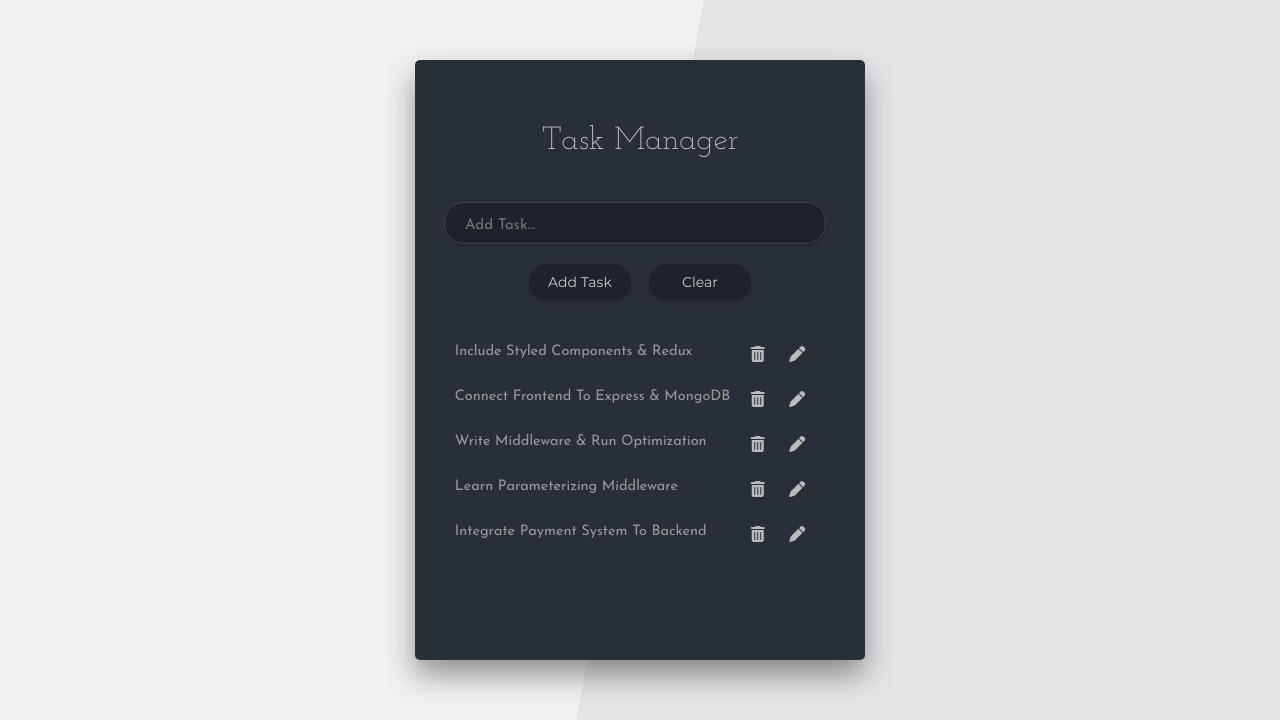
Repository: Kol124/react-task-manager
Page: /
An editor plug-in stored every save of this project. The page is shown before and after the next save, followed by the edit.
The browser window is 1280 px wide. The pictures show the whole page.
Some web libraries are served in a nearby version. The project was rebuilt for these pictures with package versions that can differ from the ones it lists, and the page was loaded fresh each time.

Above is the page before, as saved 2021-06-22 18:38:32.

### public/index.html
<!DOCTYPE html>
<html lang="en">
  <head>
    <meta charset="utf-8" />
    <link rel="icon" href="%PUBLIC_URL%/favicon.ico" />
    <meta name="viewport" content="width=device-width, initial-scale=1" />
    <meta name="theme-color" content="#000000" />
    <meta
      name="description"
      content="Web site created using create-react-app"
    />
    <link rel="apple-touch-icon" href="%PUBLIC_URL%/logo192.png" />
    <!--
      manifest.json provides metadata used when your web app is installed on a
      user's mobile device or desktop. See https://developers.google.com/web/fundamentals/web-app-manifest/
    -->
    <link rel="manifest" href="%PUBLIC_URL%/manifest.json" />
    <!--
      Notice the use of %PUBLIC_URL% in the tags above.
      It will be replaced with the URL of the `public` folder during the build.
      Only files inside the `public` folder can be referenced from the HTML.

      Unlike "/favicon.ico" or "favicon.ico", "%PUBLIC_URL%/favicon.ico" will
      work correctly both with client-side routing and a non-root public URL.
      Learn how to configure a non-root public URL by running `npm run build`.
    -->
    <title>React App</title>
  </head>
  <body>
    <noscript>You need to enable JavaScript to run this app.</noscript>
    <div id="root"></div>
    <!--
      This HTML file is a template.
      If you open it directly in the browser, you will see an empty page.

      You can add webfonts, meta tags, or analytics to this file.
      The build step will place the bundled scripts into the <body> tag.

      To begin the development, run `npm start` or `yarn start`.
      To create a production bundle, use `npm run build` or `yarn build`.
    -->
  </body>
  <script
    src="https://kit.fontawesome.com/0a37ebcd2b.js"
    crossorigin="anonymous"
  ></script>
</html>

### src/App.js
import "./App.css";
import React from "react";
import Header from "./components/Header";
import TaskForm from "./components/TaskForm";
import TaskList from "./components/TaskList";
import TaskContextProvider from "./context/TaskContext";

function App() {
  return (
    <TaskContextProvider>
      <div className="container">
        <div className="app-wrapper">
          <Header />
          <div className="main">
            <TaskForm />
            <TaskList />
          </div>
        </div>
      </div>
    </TaskContextProvider>
  );
}

export default App;

### src/App.css
@import url("fonts.css");

* {
  margin: 0;
  padding: 0;
}

.container {
  background: linear-gradient(100deg, #f1f1f1 50%, #e5e5e5 0);
  width: 100%;
  height: 100vh;
  display: flex;
  justify-content: center;
  align-items: center;
}

.app-wrapper {
  background-color: #292f38;
  width: 25%;
  min-width: 450px;
  height: 600px;
  padding: 30px;
  box-sizing: border-box;
  border-radius: 5px;
  box-shadow: 0 15px 30px rgba(0, 0, 0, 0.4);
}

.header h1 {
  color: #ccc;
  font-weight: 300;
  text-align: center;
  margin: 35px 20px 45px 20px;
  font-family: "Josefin Slab", serif;
}

.main {
  display: flex;
  flex-direction: column;
  align-items: space-between;
  margin-bottom: 50px;
  width: 100%;
}

.form {
  display: flex;
  flex-direction: column;
  justify-content: center;
  align-items: center;
  margin-bottom: 15px;
}

.list {
  width: 95%;
  margin: auto;
  max-height: 300px;
  overflow: hidden;
  overflow-y: auto;
}

/* width */
::-webkit-scrollbar {
  width: 7px;
}

/* Track */
::-webkit-scrollbar-track {
  border-radius: 10px;
  background-color: #aaa;
}

/* Handle */
::-webkit-scrollbar-thumb {
  background: #444;
  border-radius: 10px;
}

.task-input {
  width: 350px;
  min-width: 250px;
  padding: 15px 10px 10px 20px;
  margin: 0 10px 10px 0;
  font-family: "Josefin Sans", serif;
  font-size: 15px;
  color: #ccc;
  background-color: #1d222b;
  border: 1px solid #444;
  outline: none;
  border-radius: 20px;
  box-shadow: 0 1px 2px rgba(0, 0, 0, 0.3);
}

.buttons {
  display: flex;
}

.btn {
  margin: 10px;
}

.add-task-btn {
  min-width: 100px;
  background-color: #1d222b;
  color: #ccc;
  border: none;
  font-family: "Montserrat", sans-serif;
  font-size: 14px;
  border-radius: 20px;
  box-shadow: 0 2px 5px rgba(0, 0, 0, 0.3);
  outline: none;
  cursor: pointer;
}

.list-item {
  display: flex;
  justify-content: space-between;
  margin: 20px 0;
  padding-bottom: 5px;
}

.list-item span {
  font-family: "Josefin Sans", sans-serif;
  color: #999;
  font-size: 14.5px;
  text-transform: capitalize;
}

.task-btn {
  cursor: pointer;
  background-color: transparent;
  border: none;
  outline: none;
}

.btn-delete i {
  font-size: 16px;
  color: #bbb;
  margin-right: 20px;
}

.btn-edit i {
  font-size: 16px;
  color: #bbb;
  margin-right: 20px;
}

.clear-btn {
  width: 100px;
  height: 35px;
  background-color: #1d222b;
  color: #ccc;
  border: none;
  font-family: "Montserrat", sans-serif;
  font-size: 14px;
  border-radius: 20px;
  box-shadow: 0 2px 5px rgba(0, 0, 0, 0.3);
  outline: none;
  cursor: pointer;
}

.no-tasks {
  color: #777;
  text-align: center;
  font-family: "Montserrat", sans-serif;
  margin-top: 20px;
  font-size: 18px;
}

### src/components/Header.js
import React from "react";

const Header = () => {
  return (
    <div className="header">
      <h1>Task Manager</h1>
    </div>
  );
};

export default Header;

### src/components/TaskForm.js
import React, { useState, useContext, useEffect } from "react";
import { TaskContext } from "../context/TaskContext";

export default function TaskForm() {
  const { editItem, setEditItem, dispatch } = useContext(TaskContext);
  const [title, setTitle] = useState("");

  const handleSubmit = (e) => {
    e.preventDefault();
    if (editItem !== null) {
      dispatch({
        type: "EDIT_TASK",
        task: {
          title,
          id: editItem.id,
        },
      });
      setEditItem(null);
    } else {
      dispatch({
        type: "ADD_TASK",
        task: {
          title,
        },
      });
    }

    setTitle("");
  };

  useEffect(() => {
    if (editItem !== null) {
      setTitle(editItem.title);
      console.log(editItem);
    } else {
      setTitle("");
    }
  }, [editItem]);

  return (
    <form onSubmit={handleSubmit} className="form">
      <input
        type="text"
        placeholder="Add Task..."
        value={title}
        onChange={(e) => setTitle(e.target.value)}
        required
        className="task-input"
      />
      <div className="buttons">
        <button type="submit" className="btn add-task-btn">
          {editItem ? "Edit Task" : "Add Task"}
        </button>
        <button
          className="btn clear-btn"
          onClick={() => dispatch({ type: "CLEAR_TASK" })}
        >
          Clear
        </button>
      </div>
    </form>
  );
}

### src/components/TaskList.js
import React, { useContext } from "react";
import { TaskContext } from "../context/TaskContext";
import Task from "./Task";

export default function TaskList() {
  const { tasks } = useContext(TaskContext);

  return (
    <div>
      {tasks.length ? (
        <ul className="list">
          {tasks.map((task) => {
            return <Task task={task} key={task.id} />;
          })}
        </ul>
      ) : (
        <div className="no-tasks">No Tasks</div>
      )}
    </div>
  );
}

### src/context/TaskContext.js
import React, { createContext, useState, useReducer, useEffect } from "react";
import TaskReducer from "../reducer/TaskReducer";

export const TaskContext = createContext();

export default function TaskContextProvider(props) {
  const [tasks, dispatch] = useReducer(TaskReducer, [
    { title: "Include styled components & redux", id: 1 },
    { title: "Connect frontend to express & mongoDB", id: 2 },
    { title: "Write middleware & run optimization", id: 3 },
    { title: "Learn parameterizing middleware", id: 4 },
    { title: "Integrate payment system to backend", id: 5 },
  ]);
  const [editItem, setEditItem] = useState(null);

  const findItem = (id) => {
    const item = tasks.find((task) => task.id === id);
    setEditItem(item);
  };

  useEffect(() => {
    console.log(tasks);
  });

  return (
    <TaskContext.Provider
      value={{ tasks, editItem, setEditItem, findItem, dispatch }}
    >
      {props.children}
    </TaskContext.Provider>
  );
}

### src/fonts.css
/* josefin-sans-300 - latin */
@font-face {
  font-family: "Josefin Sans";
  font-style: normal;
  font-weight: 300;
  src: url("./fonts/josefin-sans-v17-latin-300.eot"); /* IE9 Compat Modes */
  src: local(""),
    url("./fonts/josefin-sans-v17-latin-300.eot?#iefix")
      format("embedded-opentype"),
    /* IE6-IE8 */ url("./fonts/josefin-sans-v17-latin-300.woff2")
      format("woff2"),
    /* Super Modern Browsers */ url("./fonts/josefin-sans-v17-latin-300.woff")
      format("woff"),
    /* Modern Browsers */ url("./fonts/josefin-sans-v17-latin-300.ttf")
      format("truetype"),
    /* Safari, Android, iOS */
      url("./fonts/josefin-sans-v17-latin-300.svg#JosefinSans") format("svg"); /* Legacy iOS */
}
/* josefin-sans-regular - latin */
@font-face {
  font-family: "Josefin Sans";
  font-style: normal;
  font-weight: 400;
  src: url("./fonts/josefin-sans-v17-latin-regular.eot"); /* IE9 Compat Modes */
  src: local(""),
    url("./fonts/josefin-sans-v17-latin-regular.eot?#iefix")
      format("embedded-opentype"),
    /* IE6-IE8 */ url("./fonts/josefin-sans-v17-latin-regular.woff2")
      format("woff2"),
    /* Super Modern Browsers */
      url("./fonts/josefin-sans-v17-latin-regular.woff") format("woff"),
    /* Modern Browsers */ url("./fonts/josefin-sans-v17-latin-regular.ttf")
      format("truetype"),
    /* Safari, Android, iOS */
      url("./fonts/josefin-sans-v17-latin-regular.svg#JosefinSans")
      format("svg"); /* Legacy iOS */
}
/* josefin-sans-600 - latin */
@font-face {
  font-family: "Josefin Sans";
  font-style: normal;
  font-weight: 600;
  src: url("./fonts/josefin-sans-v17-latin-600.eot"); /* IE9 Compat Modes */
  src: local(""),
    url("./fonts/josefin-sans-v17-latin-600.eot?#iefix")
      format("embedded-opentype"),
    /* IE6-IE8 */ url("./fonts/josefin-sans-v17-latin-600.woff2")
      format("woff2"),
    /* Super Modern Browsers */ url("./fonts/josefin-sans-v17-latin-600.woff")
      format("woff"),
    /* Modern Browsers */ url("./fonts/josefin-sans-v17-latin-600.ttf")
      format("truetype"),
    /* Safari, Android, iOS */
      url("./fonts/josefin-sans-v17-latin-600.svg#JosefinSans") format("svg"); /* Legacy iOS */
}
/* josefin-sans-700 - latin */
@font-face {
  font-family: "Josefin Sans";
  font-style: normal;
  font-weight: 700;
  src: url("./fonts/josefin-sans-v17-latin-700.eot"); /* IE9 Compat Modes */
  src: local(""),
    url("./fonts/josefin-sans-v17-latin-700.eot?#iefix")
      format("embedded-opentype"),
    /* IE6-IE8 */ url("./fonts/josefin-sans-v17-latin-700.woff2")
      format("woff2"),
    /* Super Modern Browsers */ url("./fonts/josefin-sans-v17-latin-700.woff")
      format("woff"),
    /* Modern Browsers */ url("./fonts/josefin-sans-v17-latin-700.ttf")
      format("truetype"),
    /* Safari, Android, iOS */
      url("./fonts/josefin-sans-v17-latin-700.svg#JosefinSans") format("svg"); /* Legacy iOS */
}

/* josefin-slab-300 - latin */
@font-face {
  font-family: "Josefin Slab";
  font-style: normal;
  font-weight: 300;
  src: url("./fonts/josefin-slab-v13-latin-300.eot"); /* IE9 Compat Modes */
  src: local(""),
    url("./fonts/josefin-slab-v13-latin-300.eot?#iefix")
      format("embedded-opentype"),
    /* IE6-IE8 */ url("./fonts/josefin-slab-v13-latin-300.woff2")
      format("woff2"),
    /* Super Modern Browsers */ url("./fonts/josefin-slab-v13-latin-300.woff")
      format("woff"),
    /* Modern Browsers */ url("./fonts/josefin-slab-v13-latin-300.ttf")
      format("truetype"),
    /* Safari, Android, iOS */
      url("./fonts/josefin-slab-v13-latin-300.svg#JosefinSlab") format("svg"); /* Legacy iOS */
}
/* josefin-slab-regular - latin */
@font-face {
  font-family: "Josefin Slab";
  font-style: normal;
  font-weight: 400;
  src: url("./fonts/josefin-slab-v13-latin-regular.eot"); /* IE9 Compat Modes */
  src: local(""),
    url("./fonts/josefin-slab-v13-latin-regular.eot?#iefix")
      format("embedded-opentype"),
    /* IE6-IE8 */ url("./fonts/josefin-slab-v13-latin-regular.woff2")
      format("woff2"),
    /* Super Modern Browsers */
      url("./fonts/josefin-slab-v13-latin-regular.woff") format("woff"),
    /* Modern Browsers */ url("./fonts/josefin-slab-v13-latin-regular.ttf")
      format("truetype"),
    /* Safari, Android, iOS */
      url("./fonts/josefin-slab-v13-latin-regular.svg#JosefinSlab")
      format("svg"); /* Legacy iOS */
}
/* josefin-slab-600 - latin */
@font-face {
  font-family: "Josefin Slab";
  font-style: normal;
  font-weight: 600;
  src: url("./fonts/josefin-slab-v13-latin-600.eot"); /* IE9 Compat Modes */
  src: local(""),
    url("./fonts/josefin-slab-v13-latin-600.eot?#iefix")
      format("embedded-opentype"),
    /* IE6-IE8 */ url("./fonts/josefin-slab-v13-latin-600.woff2")
      format("woff2"),
    /* Super Modern Browsers */ url("./fonts/josefin-slab-v13-latin-600.woff")
      format("woff"),
    /* Modern Browsers */ url("./fonts/josefin-slab-v13-latin-600.ttf")
      format("truetype"),
    /* Safari, Android, iOS */
      url("./fonts/josefin-slab-v13-latin-600.svg#JosefinSlab") format("svg"); /* Legacy iOS */
}
/* josefin-slab-700 - latin */
@font-face {
  font-family: "Josefin Slab";
  font-style: normal;
  font-weight: 700;
  src: url("./fonts/josefin-slab-v13-latin-700.eot"); /* IE9 Compat Modes */
  src: local(""),
    url("./fonts/josefin-slab-v13-latin-700.eot?#iefix")
      format("embedded-opentype"),
    /* IE6-IE8 */ url("./fonts/josefin-slab-v13-latin-700.woff2")
      format("woff2"),
    /* Super Modern Browsers */ url("./fonts/josefin-slab-v13-latin-700.woff")
      format("woff"),
    /* Modern Browsers */ url("./fonts/josefin-slab-v13-latin-700.ttf")
      format("truetype"),
    /* Safari, Android, iOS */
      url("./fonts/josefin-slab-v13-latin-700.svg#JosefinSlab") format("svg"); /* Legacy iOS */
}

/* montserrat-300 - latin */
@font-face {
  font-family: "Montserrat";
  font-style: normal;
  font-weight: 300;
  src: url("./fonts/montserrat-v15-latin-300.eot"); /* IE9 Compat Modes */
  src: local(""),
    url("./fonts/montserrat-v15-latin-300.eot?#iefix")
      format("embedded-opentype"),
    /* IE6-IE8 */ url("./fonts/montserrat-v15-latin-300.woff2") format("woff2"),
    /* Super Modern Browsers */ url("./fonts/montserrat-v15-latin-300.woff")
      format("woff"),
    /* Modern Browsers */ url("./fonts/montserrat-v15-latin-300.ttf")
      format("truetype"),
    /* Safari, Android, iOS */
      url("./fonts/montserrat-v15-latin-300.svg#Montserrat") format("svg"); /* Legacy iOS */
}
/* montserrat-regular - latin */
@font-face {
  font-family: "Montserrat";
  font-style: normal;
  font-weight: 400;
  src: url("./fonts/montserrat-v15-latin-regular.eot"); /* IE9 Compat Modes */
  src: local(""),
    url("./fonts/montserrat-v15-latin-regular.eot?#iefix")
      format("embedded-opentype"),
    /* IE6-IE8 */ url("./fonts/montserrat-v15-latin-regular.woff2")
      format("woff2"),
    /* Super Modern Browsers */ url("./fonts/montserrat-v15-latin-regular.woff")
      format("woff"),
    /* Modern Browsers */ url("./fonts/montserrat-v15-latin-regular.ttf")
      format("truetype"),
    /* Safari, Android, iOS */
      url("./fonts/montserrat-v15-latin-regular.svg#Montserrat") format("svg"); /* Legacy iOS */
}
/* montserrat-500 - latin */
@font-face {
  font-family: "Montserrat";
  font-style: normal;
  font-weight: 500;
  src: url("./fonts/montserrat-v15-latin-500.eot"); /* IE9 Compat Modes */
  src: local(""),
    url("./fonts/montserrat-v15-latin-500.eot?#iefix")
      format("embedded-opentype"),
    /* IE6-IE8 */ url("./fonts/montserrat-v15-latin-500.woff2") format("woff2"),
    /* Super Modern Browsers */ url("./fonts/montserrat-v15-latin-500.woff")
      format("woff"),
    /* Modern Browsers */ url("./fonts/montserrat-v15-latin-500.ttf")
      format("truetype"),
    /* Safari, Android, iOS */
      url("./fonts/montserrat-v15-latin-500.svg#Montserrat") format("svg"); /* Legacy iOS */
}

### src/components/Task.js
import React, { useContext } from "react";
import { TaskContext } from "../context/TaskContext";

export default function Task({ task }) {
  const { findItem, dispatch } = useContext(TaskContext);

  return (
    <li className="list-item">
      <span>{task.title}</span>
      <div>
        <button
          className="btn-delete task-btn"
          onClick={() =>
            dispatch({ type: "REMOVE_TASK", task: { id: task.id } })
          }
        >
          <i className="fas fa-trash-alt"></i>
        </button>{" "}
        <button className="btn-edit task-btn" onClick={() => findItem(task.id)}>
          <i className="fas fa-pen"></i>
        </button>
      </div>
    </li>
  );
}

### src/reducer/TaskReducer.js
export default function TaskReducer(tasks, action) {
  switch (action.type) {
    case "ADD_TASK":
      return [
        ...tasks,
        {
          title: action.task.title,
          id: Math.random().toString(),
        },
      ];

    case "REMOVE_TASK":
      return tasks.filter((task) => task.id !== action.task.id);

    case "EDIT_TASK":
      return tasks.map((task) =>
        task.id === action.task.id
          ? { title: action.task.title, id: action.task.id }
          : task
      );

    case "CLEAR_TASK":
      return [];

    default:
      return tasks;
  }
}

Loaded but not shown: src/index.js (common file); src/index.css (common file); src/reportWebVitals.js (common file)

After the next save:
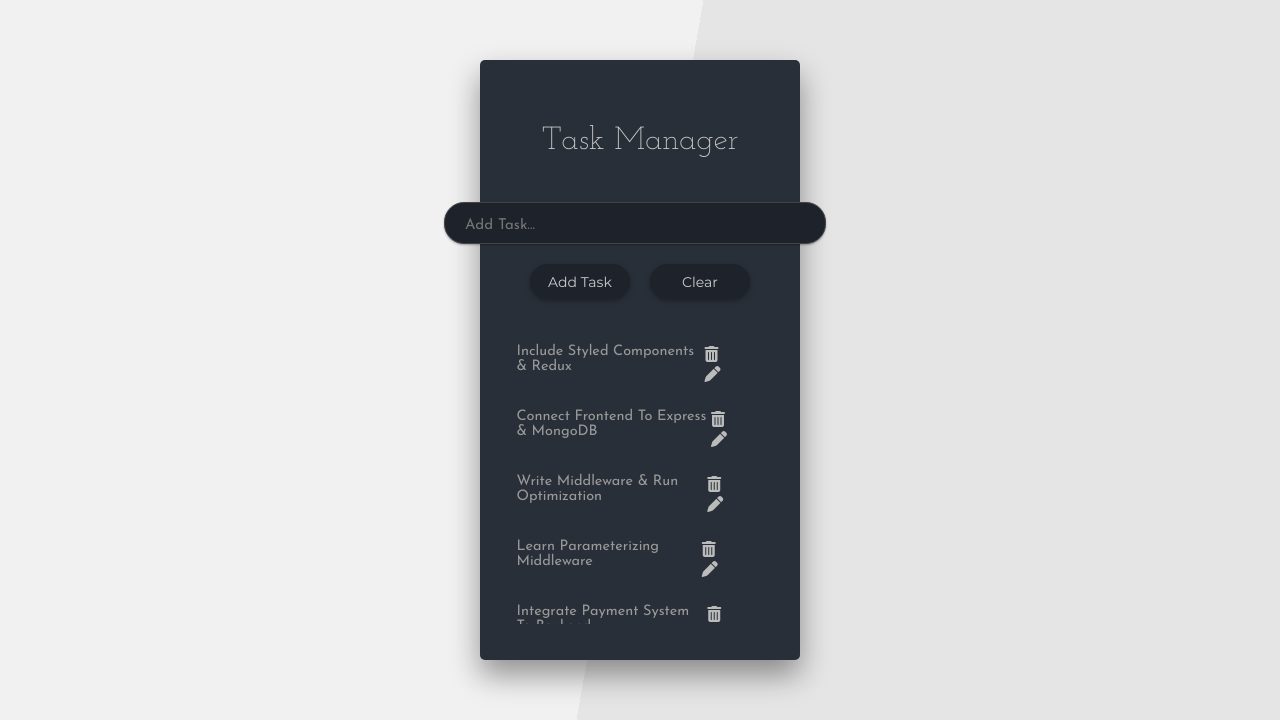
Saved 117 s later.
--- a/src/App.css
+++ b/src/App.css
@@ -17,7 +17,7 @@
 .app-wrapper {
   background-color: #292f38;
   width: 25%;
-  min-width: 450px;
+  max-width: 450px;
   height: 600px;
   padding: 30px;
   box-sizing: border-box;

After the save that followed:
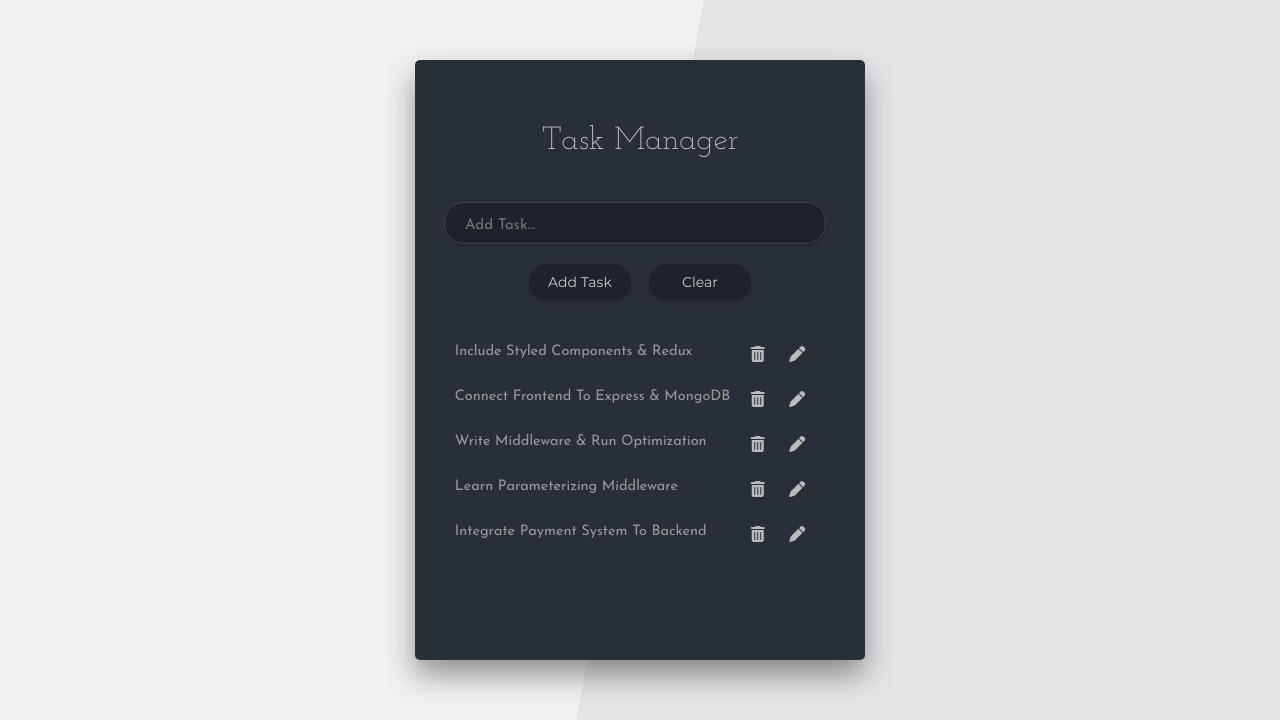
Saved 39 s later.
--- a/src/App.css
+++ b/src/App.css
@@ -17,7 +17,7 @@
 .app-wrapper {
   background-color: #292f38;
   width: 25%;
-  max-width: 450px;
+  min-width: 450px;
   height: 600px;
   padding: 30px;
   box-sizing: border-box;
